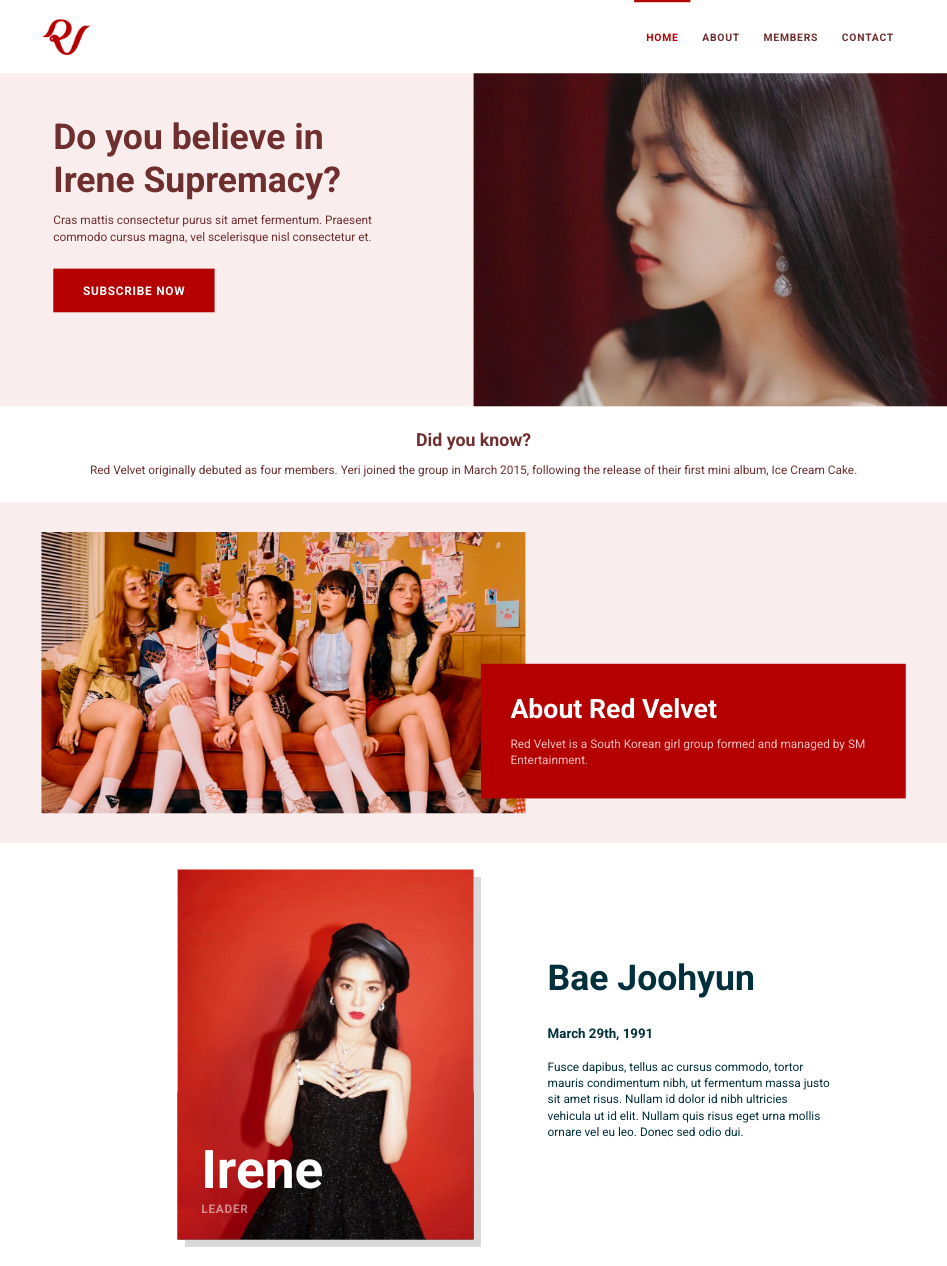
Repository: stillnotdavid/eternity-university
Page: app/index.html
These files come from the project's save history. The page is drawn as it stood at one moment and after the next save; the edit follows.
The browser window is 1280 px wide. The pictures show the whole page, at 74% of full size.
The style sheet was rebuilt from its Sass, Less or Tailwind sources for each picture, by a compiler version that may differ from the author's.

Above is the page before, as saved 2021-12-05 20:50:11.

### app/index.html
<!doctype html>
<html class="no-js" lang="">

<head>
  <meta charset="utf-8">
  <meta name="description" content="">

  <meta name="viewport" content="width=device-width, initial-scale=1, shrink-to-fit=no">
  <title>Red Velvet Fansite</title>
  <link rel="apple-touch-icon" href="apple-touch-icon.png">
  <!-- Place favicon.ico in the root directory -->
  <!-- build:css styles/vendor.css -->
  <!-- endbuild -->
  <!-- build:css styles/main.css -->
  <link rel="stylesheet" href="styles/main.css">
  <!-- endbuild -->
  <!-- build:js scripts/modernizr.js -->
  <script src="scripts/modernizr.js"></script>
  <!-- endbuild -->
</head>

<body>
  <!--[if IE]>
      <p class="browserupgrade">You are using an <strong>outdated</strong> browser. Please <a href="http://browsehappy.com/">upgrade your browser</a> to improve your experience.</p>
    <![endif]-->
  <header class="header">
    <div class="container header__container">
      <a class="header__logo" href="#"><img class="header__logo-image" src="images/logo.png"
          alt="Red Velvet Logo" /></a>
      <nav class="header__nav">
        <ul class="header__nav-links">
          <li class="header__nav-item">
            <a class="header__nav-link header__nav-link--active" href="">Home</a>
          </li>
          <li class="header__nav-item">
            <a class="header__nav-link" href="">About</a>
          </li>
          <li class="header__nav-item">
            <a class="header__nav-link" href="">Members</a>
          </li>
          <li class="header__nav-item">
            <a class="header__nav-link" href="">Contact</a>
          </li>
        </ul>
      </nav>
    </div>
  </header>
  <section class="hero">
    <div class="container--half">
      <div class="hero__cta">
        <h1>Do you believe in Irene Supremacy?</h1>
        <p>Cras mattis consectetur purus sit amet fermentum. Praesent commodo cursus magna,
          vel scelerisque nisl
          consectetur et.</p>
        <a class="button-primary" href="">Subscribe Now</a>
      </div>
    </div>
    <div class="hero__image">
    </div>
  </section>
  <section class="trivia">
    <div class="container trivia__container">
      <div class="trivia__title">Did you know?</div>
      <p class="no-margin--bottom">Red Velvet originally debuted as four members. Yeri joined the group in March 2015,
        following the release of
        their first mini album, Ice Cream Cake.</p>
    </div>
  </section>
  <section class="about">
    <div class="container about__container">
      <img class="about__image" src="images/group.png" alt="Red Velvet Sitting!">
      <div class="about__text">
        <h2>About Red Velvet</h2>
        <p class="light">Red Velvet is a South Korean girl group formed and managed by SM Entertainment.</p>
      </div>
    </div>
  </section>
  <section class="members">
    <div class="container members__container">
      <div class="member member__irene">
        <div class="member__photo">
          <div class="member__photo-image">
            <div class="member__name">Irene</div>
            <div class="member__position">Leader</div>
          </div>
        </div>
        <div class="member__info">
          <h3>Bae Joohyun</h3>
          <h4 class="member__info-birthdate">
            March 29th, 1991
          </h4>
          <p class="member__info-description">Fusce dapibus, tellus ac cursus commodo, tortor mauris condimentum nibh,
            ut fermentum massa justo sit amet
            risus. Nullam id dolor id nibh ultricies vehicula ut id elit. Nullam quis risus eget urna mollis ornare vel
            eu
            leo. Donec sed odio dui.</p>
        </div>
      </div>
    </div>
  </section>

  <!-- build:js scripts/vendor.js -->
  <!-- endbuild -->
  <!-- build:js scripts/main.js -->
  <script src="scripts/main.js"></script>
  <!-- endbuild -->
</body>

</html>

### app/styles/main.scss
@import 'partials/colors';
@import 'partials/spacing';
@import 'partials/typography';
@import 'partials/utilities';

@import 'components/button';
@import 'components/header';
@import 'components/hero';
@import 'components/trivia';
@import 'components/about';
@import 'components/members';


* {
  box-sizing: border-box;
}

html,
body {
  padding: 0;
  margin: 0;
}

.container {
  display: flex;
  width: 100%;
  max-width: 1200px;
  margin: 0 auto;
  padding: 0 $spacing-large;

  &--half {
    width: 100%;
    max-width: 600px;
    margin-left: auto;
    padding: 0 $spacing-xlarge;
  }
}

### app/styles/partials/_colors.scss
$color-primary: #B50000;
$color-secondary: #6F2F2F;
$color-tertiary: #00303B;

$background-primary: #F9EDED;


$colors: ("primary": $color-primary,
  "secondary": $color-secondary);


@each $name,
$color in $colors {
  .background {

    &--#{$name} {
      background-color: #{$color};
    }
  }
}

@each $name,
$color in $colors {
  .color {

    &--#{$name} {
      color: #{$color} !important;
    }
  }
}

### app/styles/partials/_spacing.scss
$spacing-xsmall: 2px;
$spacing-small: 4px;
$spacing-medium: 8px;
$spacing-large: 16px;
$spacing-xlarge: 32px;

### app/styles/partials/_typography.scss
@import url('https://fonts.googleapis.com/css2?family=Roboto:wght@400;500;700&display=swap');


body,
html {
  font-family: 'Roboto', sans-serif;
}


$font-small: 14px;
$font-medium: 16px;
$font-large: 18px;
$font-xlarge: 24px;
$font-xxxlarge: 48px;

$font-regular: 400;
$font-bold: 700;


h1 {
  font-size: $font-xxxlarge;
  font-weight: $font-bold;
  color: $color-secondary;
  margin: $spacing-medium 0;
}

h2 {
  font-size: 36px;
  margin: 0;
}

h3 {
  font-size: 48px;
  margin: 0 0 36px 0;
  color: $color-tertiary;
}

h4 {
  font-size: $font-large;
  font-weight: $font-bold;
  color: $color-tertiary;
}

p {
  font-size: $font-medium;
  color: $color-secondary;
  line-height: 22px;

  &.light {
    color: rgba(255, 255, 255, .75);
  }
}

### app/styles/partials/_utilities.scss
$sides: top,
bottom,
left,
right;

@each $side in $sides {
  .no-margin {
    margin: 0;

    &--#{$side} {
      margin-#{$side}: 0;
    }
  }
}

@each $side in $sides {
  .no-padding {
    padding: 0;

    &--#{$side} {
      padding-#{$side}: 0;
    }
  }
}

### app/styles/components/_button.scss
.button-primary {
  display: inline-block;
  background-color: $color-primary;
  padding: 20px 40px;
  text-decoration: none;
  color: white;
  font-size: $font-medium;
  font-weight: $font-bold;
  text-transform: uppercase;
  letter-spacing: 1px;
  margin: $spacing-large 0;
}

### app/styles/components/_header.scss
$_logo-height: 50px;


.header {

  &__container {
    justify-content: space-between;
  }

  &__logo {
    display: flex;
    align-items: center;

    &-image {
      height: $_logo-height;
    }
  }

  &__nav {

    &-links {
      display: flex;
      list-style-type: none;
      padding: 0;
      margin: 0;
    }

    &-item {
      display: flex;
    }

    &-link {
      padding: 40px $spacing-large;
      text-decoration: none;
      color: $color-secondary;
      text-transform: uppercase;
      font-size: $font-small;
      font-weight: $font-bold;
      letter-spacing: 1px;
      border-top: 3px solid transparent;

      &:hover,
      &--active {
        color: $color-primary;
        border-top: 3px solid $color-primary;
      }
    }
  }
}

### app/styles/components/_hero.scss
$_hero-height: 450px;

.hero {
  height: $_hero-height;
  background: $background-primary;
  display: flex;

  &__container {
    align-items: center;
  }

  &__cta {
    flex: 0 0 50%;
    padding: 50px 100px 50px 0;
  }

  &__image {
    flex: 0 0 50%;
    height: 100%;
    background-image: url('../../images/hero.jpeg');
    background-size: cover;
    background-position: center center;
  }
}

### app/styles/components/_trivia.scss
.trivia {
  text-align: center;
  padding: $spacing-xlarge;

  &__container {
    flex-direction: column;
  }

  &__title {
    font-size: $font-xlarge;
    font-weight: $font-bold;
    color: $color-secondary;
  }
}

### app/styles/components/_about.scss
.about {
  background: $background-primary;
  padding: 40px 0;

  &__container {
    align-items: flex-end;
  }

  &__image {
    height: 380px;
  }

  &__text {
    background: $color-primary;
    color: white;
    padding: 40px;
    margin-left: -60px;
    margin-bottom: 20px;

    p {
      margin-bottom: 0;
    }
  }
}

### app/styles/components/_members.scss
.member {
  display: flex;
  align-items: center;

  &__photo {
    flex: 0 1 50%;
    display: flex;
    padding: 36px 0 36px 36px;

    &-image {
      height: 500px;
      width: 400px;
      background-image: url('../../images/member__irene.jpeg');
      background-size: cover;
      background-position: center center;
      margin-left: auto;
      box-shadow: 10px 10px 0 rgba(0, 0, 0, .15);
      display: flex;
      padding: $spacing-xlarge;
      flex-direction: column;
      justify-content: flex-end;
      position: relative;

      &:before {
        background: black;
        height: 200px;
        width: 100%;
        position: absolute;
        content: '';
        bottom: 0;
        left: 0;
        z-index: -1;
      }
    }
  }

  &__info {
    flex: 0 1 50%;
    padding: 100px;

    &-description {
      color: $color-tertiary;
    }
  }

  &__name {
    font-size: 72px;
    font-weight: $font-bold;
    color: white;
  }

  &__position {
    font-size: $font-medium;
    font-weight: $font-bold;
    text-transform: uppercase;
    letter-spacing: 1px;
    color: rgba(255, 255, 255, .50);
  }
}

Loaded but not shown: app/scripts/main.js (common file)

After the next save:
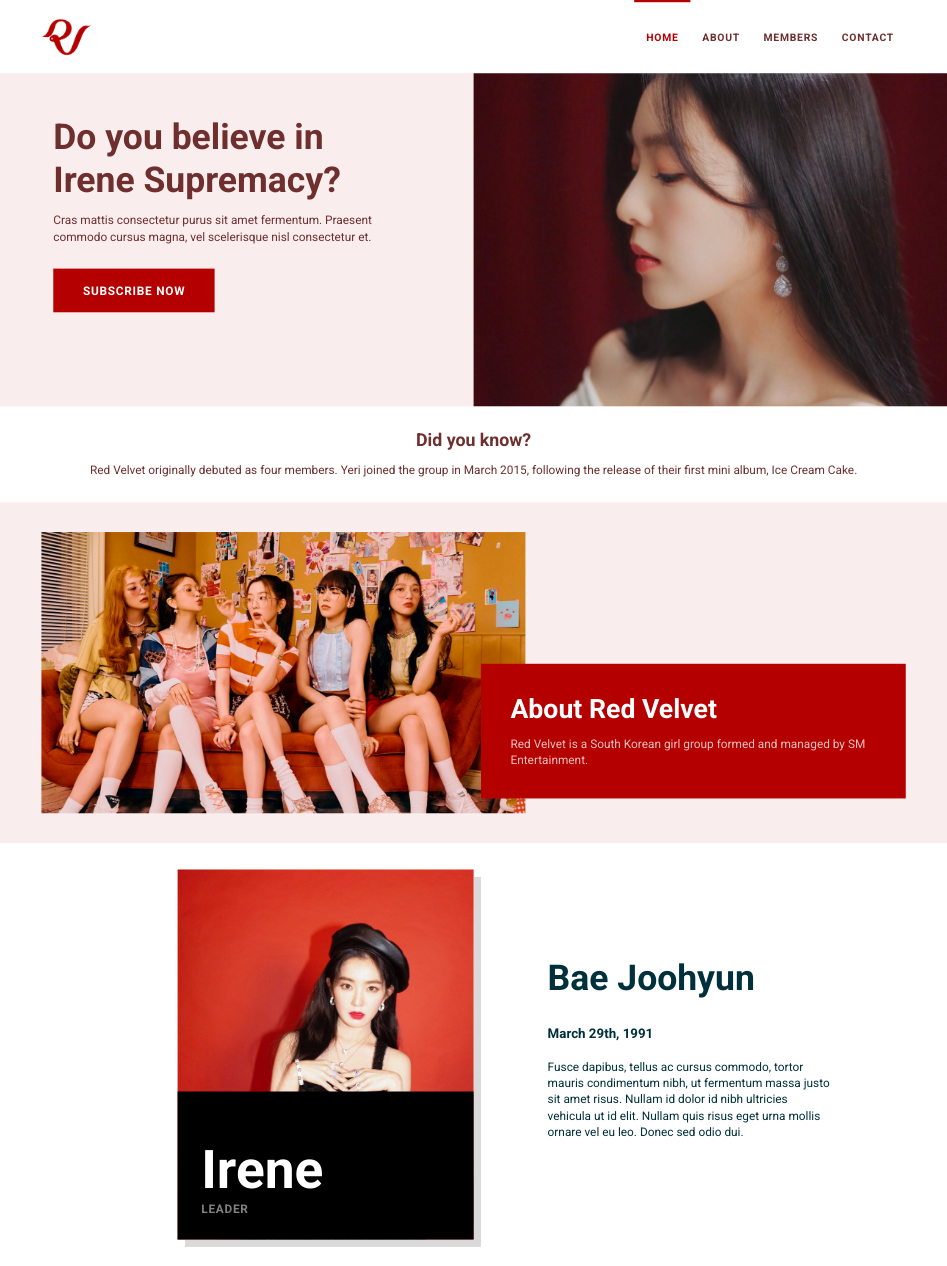
Saved 31 s later.
--- a/app/styles/components/_members.scss
+++ b/app/styles/components/_members.scss
@@ -29,7 +29,7 @@
         content: '';
         bottom: 0;
         left: 0;
-        z-index: -1;
+        z-index: 1;
       }
     }
   }
@@ -47,6 +47,7 @@
     font-size: 72px;
     font-weight: $font-bold;
     color: white;
+    z-index: 2;
   }
 
   &__position {
@@ -55,5 +56,6 @@
     text-transform: uppercase;
     letter-spacing: 1px;
     color: rgba(255, 255, 255, .50);
+    z-index: 2;
   }
 }

After the save that followed:
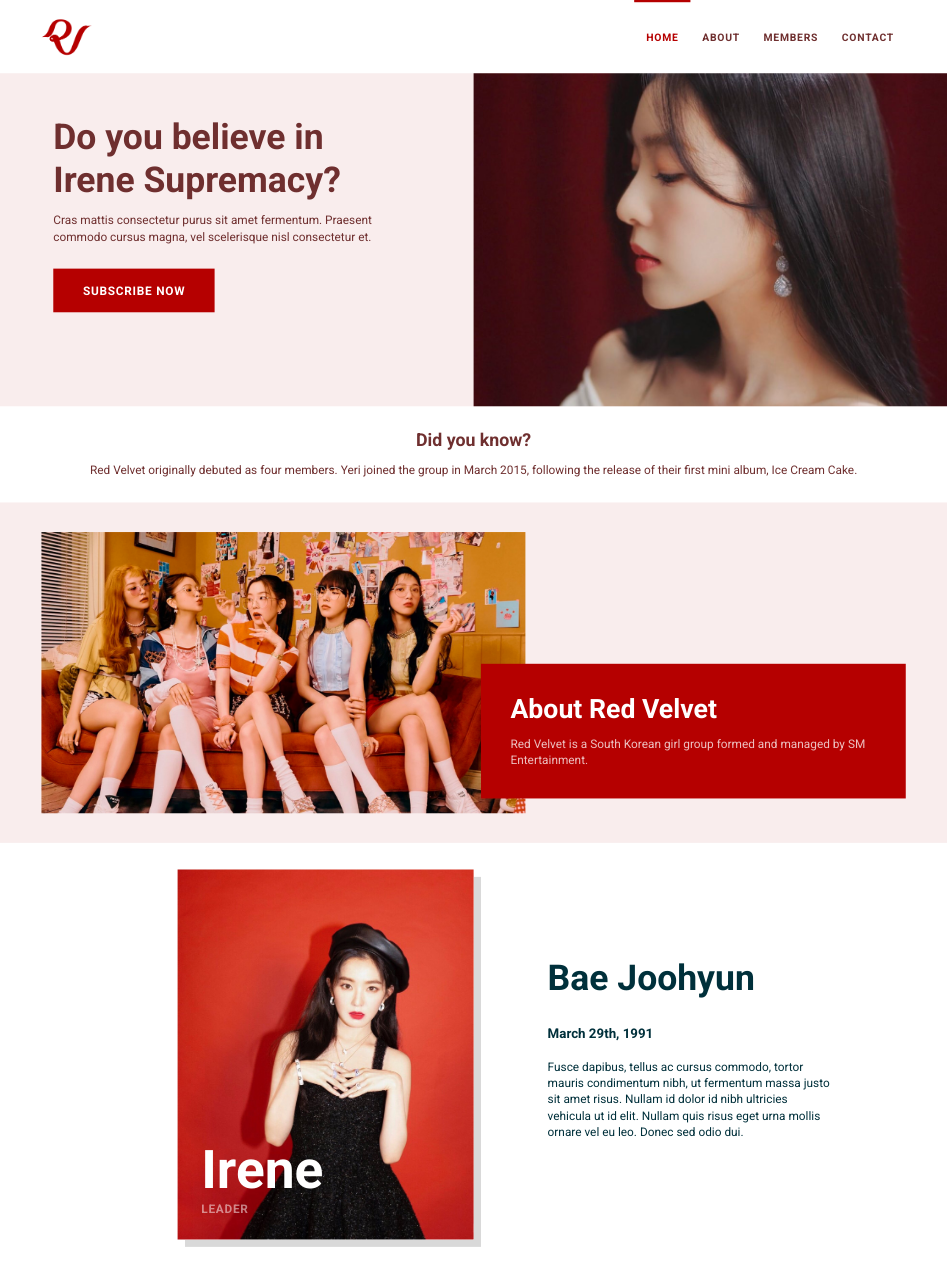
Saved 91 s later.
--- a/app/styles/components/_members.scss
+++ b/app/styles/components/_members.scss
@@ -22,7 +22,7 @@
       position: relative;
 
       &:before {
-        background: black;
+        background-color: linear-gradient(rgba(0, 0, 0, 1), rgba(0, 0, 0, .2));
         height: 200px;
         width: 100%;
         position: absolute;
